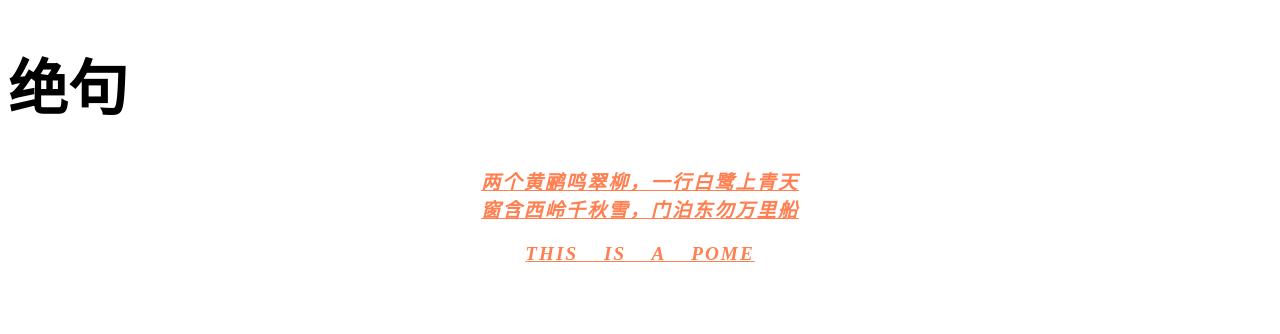
Repository: ljx1197678031/Wed-Design
Page: 01/3.html
The author's editor kept a copy of each file at every save. The page is drawn from the files as they stood at one save, then again after a run of saves.
The browser window is 1280 px wide. The pictures show the whole page.

Above is the page before, as saved 2020-06-01 22:18:42.

### 01/3.html
<!DOCTYPE html>
<html lang="en">
<head>
    <meta charset="UTF-8">
    <meta name="viewport" content="width=device-width, initial-scale=1.0">
    <title>Document</title>
    <style>
        h1{
            font-family: "仿宋";
            font-size: 60px;
        }
        p{
            font-family: "微软雅黑";
            font-size: larger;
            font-style: italic;
            font-weight: bolder;
            color: coral;
            letter-spacing:2px;/*定义字与字之间的距离*/
            word-spacing: 1em;/*定义字与字之间的空格的距离(英文)*/
            text-decoration:underline;
            text-align: center;
            text-transform: uppercase;
            line-height: ;
        }
    </style>
</head>
<body>
    <h1>绝句</h1>
    <p>两个黄鹂鸣翠柳，一行白鹭上青天
    <br/>窗含西岭千秋雪，门泊东勿万里船
    </p>
    <P>this is a pome</P>
</body>
</html>

After the next 2 saves:
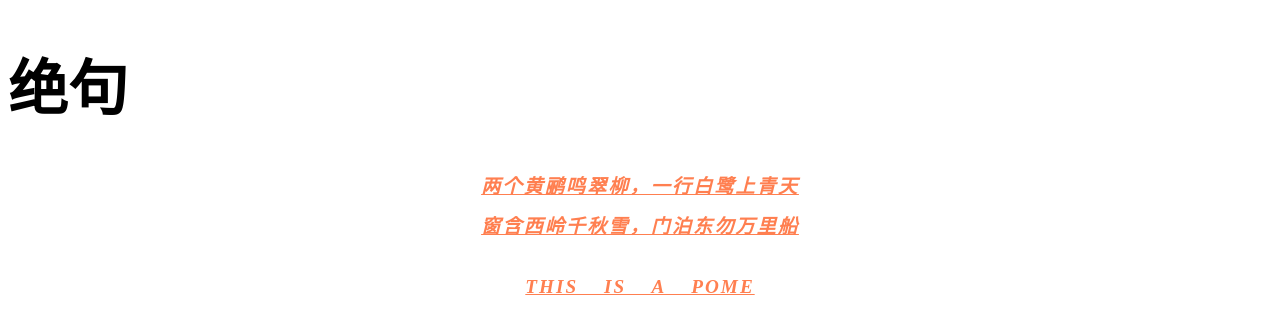
The 2 saves are shown as one change because they came seconds apart.
The last was saved 15 s later.
--- a/01/3.html
+++ b/01/3.html
@@ -20,7 +20,7 @@
             text-decoration:underline;
             text-align: center;
             text-transform: uppercase;
-            line-height: ;
+            line-height: 40px;
         }
     </style>
 </head>
